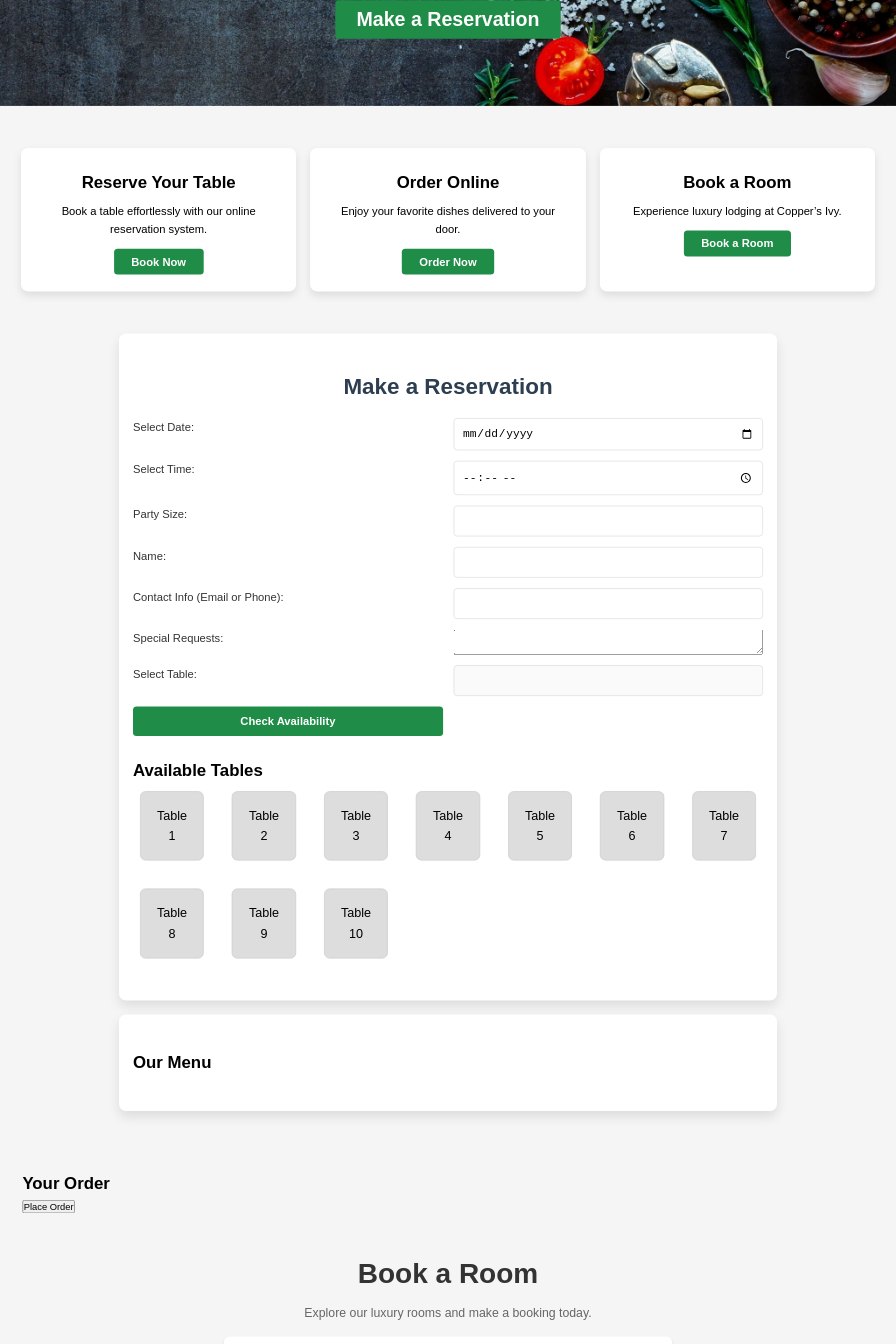
Repository: malingubarnice/Online-Reservation-System
Page: index.html
An editor plug-in stored every save of this project. The page is shown before and after the next save, followed by the edit.
The browser window is 1280 px wide. The pictures show the part of the page from y = 366 to 2286 px (the page is 3151 px tall), at 70% of full size.

Above is the page before, as saved 2025-01-06 13:33:12.

After the next save:
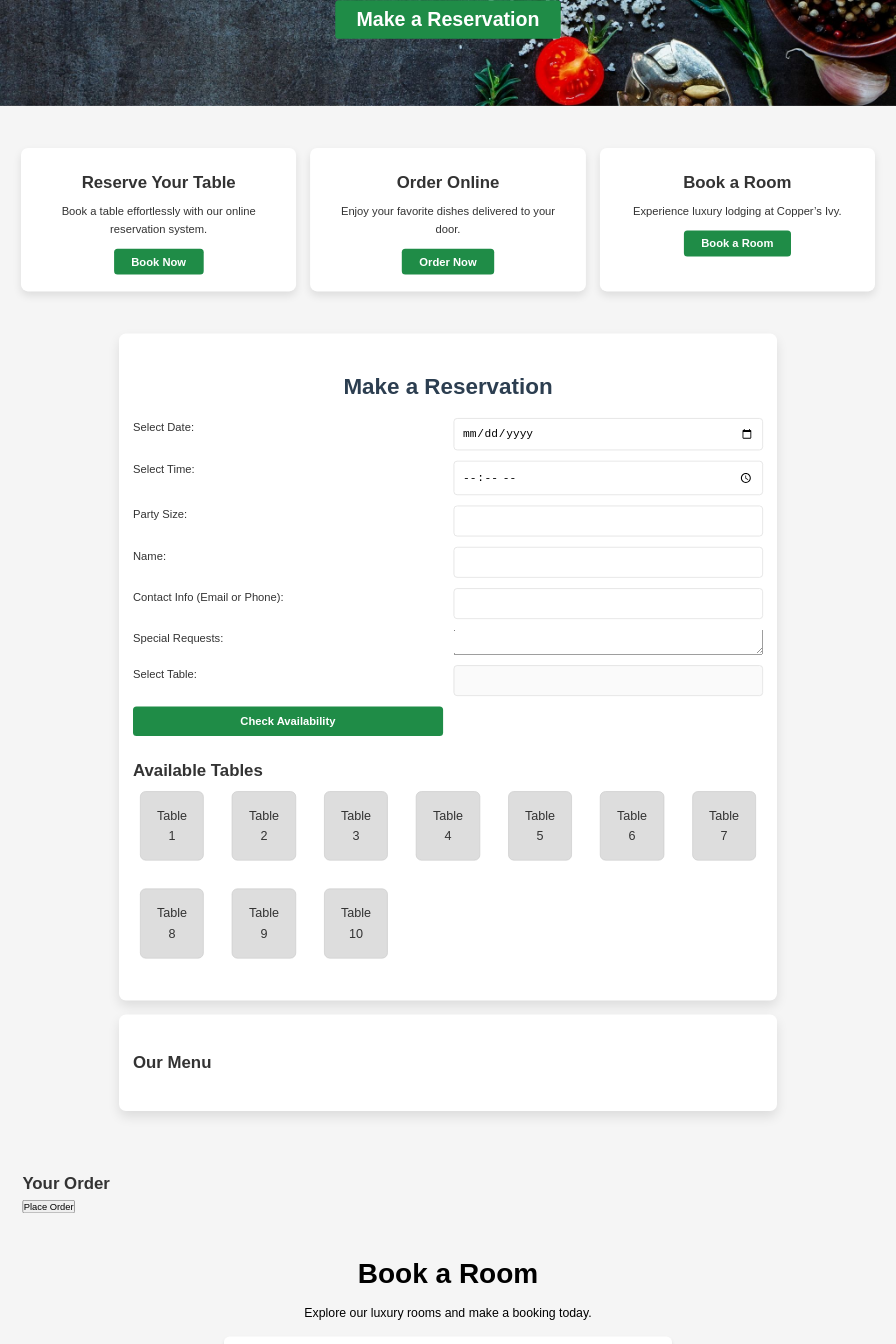
Saved 80 s later.
--- a/styles.css
+++ b/styles.css
@@ -522,12 +522,17 @@ footer {
     }
 }
 
-/* Apply black text color globally */
-body {
-    color: black; /* Sets the default text color to black */
-}
-
-/* For the room card specifically */
-.room-card {
-    color: black; /* Sets the text color inside the room cards to black */
-}
+/* Target the specific booking room section */
+#rooms {
+    color: black; /* Sets the text color inside the booking room section to black */
+}
+
+/* Target the room cards within the booking room section */
+#rooms .room-card {
+    color: black; /* Ensures room card text is also black */
+}
+
+/* You can also target specific elements like titles and descriptions, if necessary */
+#rooms h1, #rooms p, #rooms .room-name, #rooms .room-description {
+    color: black; /* Sets the text to black for headings and descriptions */
+}
